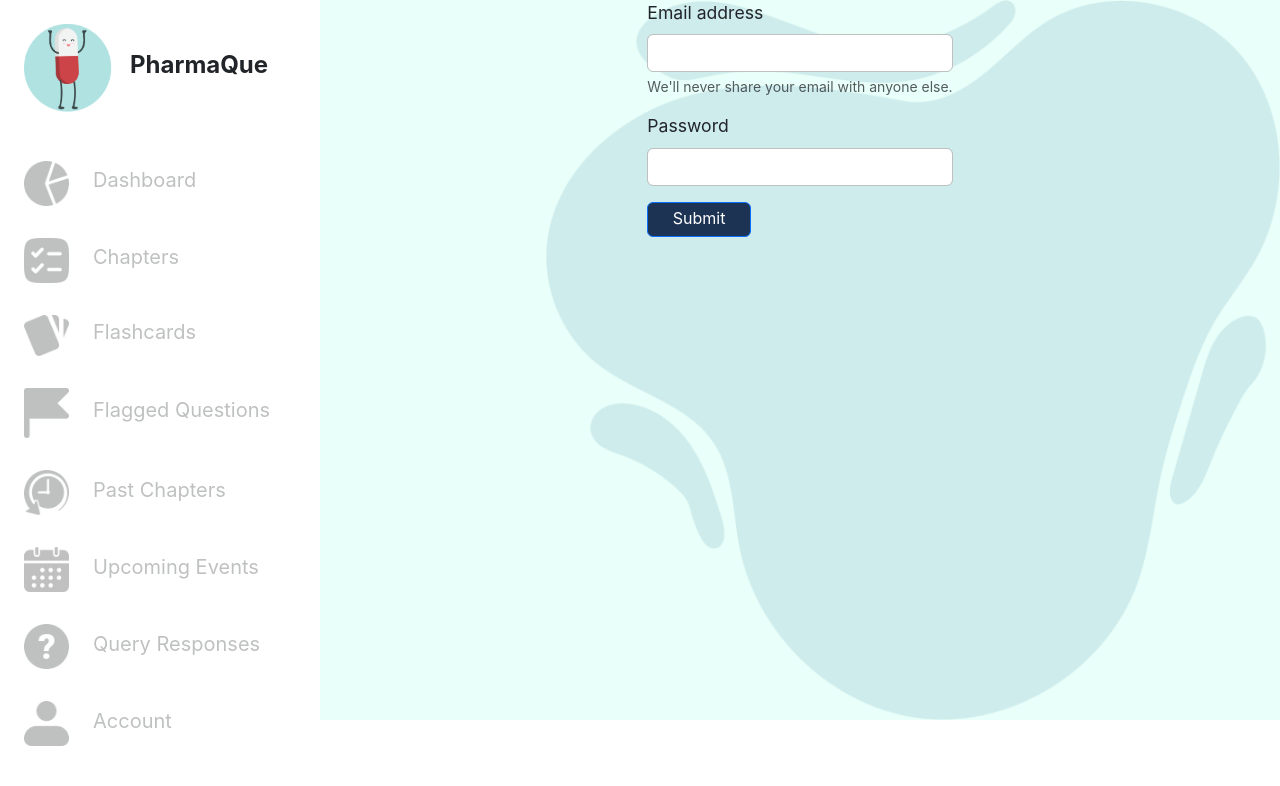
Repository: Kronium345/new_pharmaque_web_app
Page: /chat-room
An editor plug-in stored every save of this project. The page is shown before and after the next save, followed by the edit.
The browser window is 1280 px wide. The pictures show the whole page.
The page's requests for data from a server got no answer. The project was rebuilt for these pictures with package versions that can differ from the ones it lists, and the page was loaded fresh each time. No one was signed in, and anything a server would have sent is missing. Also part of the build but not shown: src/pages/Login.js, src/pages/MyAccount.js, src/pages/UpcomingEvents.js, src/pages/UpcomingEvents2.js, src/pages/Chapters.js, src/pages/Dashboard.js, src/pages/FlaggedQuestions.js, src/pages/FlashcardQuestion.js and 33 more.

Above is the page before, as saved 2024-03-10 21:40:07.

### public/index.html
<!DOCTYPE html>
<html lang="en">
  <head>
    <meta charset="utf-8" />
    <link rel="icon" type="image/x-icon" href="images/favicon.ico">
    <link href="https://cdn.jsdelivr.net/npm/bootstrap@5.3.2/dist/css/bootstrap.min.css" rel="stylesheet" integrity="sha384-T3c6CoIi6uLrA9TneNEoa7RxnatzjcDSCmG1MXxSR1GAsXEV/Dwwykc2MPK8M2HN" crossorigin="anonymous">
    <link href="style.css" rel="stylesheet">
    <meta name="viewport" content="width=device-width, initial-scale=1" />
    <meta name="theme-color" content="#000000" />
    <meta
      name="description"
      content="Web site created using create-react-app"
    />
    <link rel="apple-touch-icon" href="%PUBLIC_URL%/logo192.png" />
    <!--
      manifest.json provides metadata used when your web app is installed on a
      user's mobile device or desktop. See https://developers.google.com/web/fundamentals/web-app-manifest/
    -->
    <link rel="manifest" href="%PUBLIC_URL%/manifest.json" />
    <!--
      Notice the use of %PUBLIC_URL% in the tags above.
      It will be replaced with the URL of the `public` folder during the build.
      Only files inside the `public` folder can be referenced from the HTML.

      Unlike "/favicon.ico" or "favicon.ico", "%PUBLIC_URL%/favicon.ico" will
      work correctly both with client-side routing and a non-root public URL.
      Learn how to configure a non-root public URL by running `npm run build`.
    -->
    <title>PharmaQue Web App</title>
  </head>
  <body>
    <noscript>You need to enable JavaScript to run this app.</noscript>
    <div id="root"></div>
    <!--
      This HTML file is a template.
      If you open it directly in the browser, you will see an empty page.

      You can add webfonts, meta tags, or analytics to this file.
      The build step will place the bundled scripts into the <body> tag.

      To begin the development, run `npm start` or `yarn start`.
      To create a production bundle, use `npm run build` or `yarn build`.
    -->

    <script src = "script.js"></script>
  </body>
</html>

### src/App.js
import Login from "./pages/Login";
import MyAccount from "./pages/MyAccount";
import UpcomingEvents from "./pages/UpcomingEvents";
import UpcomingEvents2 from "./pages/UpcomingEvents2";
import Chapters from "./pages/Chapters";
import Dashboard from "./pages/Dashboard";
import FlaggedQuestions from "./pages/FlaggedQuestions";
import FlashcardQuestion from "./pages/FlashcardQuestion";
import Flashcards from "./pages/Flashcards";
import ForgotPassword from "./pages/ForgotPassword";
import ForgotPassword2 from "./pages/ForgotPassword2";
import ForgotPassword3 from "./pages/ForgotPassword3";
import ForgotPassword4 from "./pages/ForgotPassword4";
import ResetPassword from "./pages/ResetPassword";
import PastChapters from "./pages/PastChapters";
import QueryResponses from "./pages/QueryResponses";
import CardioQuestion from "./pages/CardioQuestion";
import Results from "./pages/Results";
import SignUp from "./pages/SignUp";
import SignUp2 from "./pages/SignUp2";
import SignUp3 from "./pages/SignUp3";
import SignUp4 from "./pages/SignUp4";
import SignUp5 from "./pages/SignUp5";
// import QuizView from './pages/QuizView/QuizView';
// import ScoreView from './pages/ScoreView/ScoreView';
// import PastChapters from "./pages/PastChapters";

import { BrowserRouter as Router, Route, Routes } from "react-router-dom";
import "./App.css";
import CNSQuestion from "./pages/CNSQuestion";
import InfectionQuestion from "./pages/InfectionQuestion";
import RespiratoryQuestion from "./pages/RespiratoryQuestion";
import EndocrineQuestion from "./pages/EndocrineQuestion";
import AnaesthesiaQuestion from "./pages/AnaesthesiaQuestion";
import SkinQuestion from "./pages/SkinQuestion";
import NBQuestion from "./pages/NBQuestion";
import OphthalmologyQuestion from "./pages/OphthalmologyQuestion";
import MDIQuestion from "./pages/MDIQuestion";
import OGUQuestion from "./pages/OGUQuestion";
import MSKQuestion from "./pages/MSKQuestion";
import IPVQuestion from "./pages/IPVQuestion";
import ChatRoom from "./pages/ChatRoom";

function App() {
  return (
    <Router>
      <Routes>
        <Route exact path="/" Component={Login} />
        <Route path="/myaccount" Component={MyAccount} />
        <Route path="/upcomingevents" Component={UpcomingEvents} />
        <Route path="/upcomingevents2" Component={UpcomingEvents2} />
        <Route path="/chapters" Component={Chapters} />
        <Route path="/dashboard" Component={Dashboard} />
        <Route path="/flaggedquestions" Component={FlaggedQuestions} />
        <Route path="/flashcardquestion" Component={FlashcardQuestion} />
        <Route path="/flashcards" Component={Flashcards} />
        <Route path="/forgotpassword" Component={ForgotPassword} />
        <Route path="/forgotpassword2" Component={ForgotPassword2} />
        <Route path="/forgotpassword3" Component={ForgotPassword3} />
        <Route path="/forgotpassword4" Component={ForgotPassword4} />
        <Route path="/resetpassword/:token" Component={ResetPassword} />
        <Route path="/pastchapters" Component={PastChapters} />
        <Route path="/queryresponses" Component={QueryResponses} />
        <Route path="/cardioquestion" Component={CardioQuestion} />
        <Route path="/cnsquestion" Component={CNSQuestion} />
        <Route path="/infectionquestion" Component={InfectionQuestion} />
        <Route path="/respiratoryquestion" Component={RespiratoryQuestion} />
        <Route path="/endocrinequestion" Component={EndocrineQuestion} />
        <Route path="/anaesthesiaquestion" Component={AnaesthesiaQuestion} />
        <Route path="/skinquestion" Component={SkinQuestion} />
        <Route path="/nbquestion" Component={NBQuestion} />
        <Route
          path="/ophthalmologyquestion"
          Component={OphthalmologyQuestion}
        />
        <Route path="/mdiquestion" Component={MDIQuestion} />
        <Route path="/oguquestion" Component={OGUQuestion} />
        <Route path="/mskquestion" Component={MSKQuestion} />
        <Route path="/ipvquestion" Component={IPVQuestion} />
        <Route path="/results" Component={Results} />
        <Route path="/signup" Component={SignUp} />
        <Route path="/signup2" Component={SignUp2} />
        <Route path="/signup3" Component={SignUp3} />
        <Route path="/signup4" Component={SignUp4} />
        <Route path="/signup5" Component={SignUp5} />
        <Route path="/chat-room" Component={ChatRoom} />
      </Routes>
    </Router>
  );
}

export default App;

### src/pages/ChatRoom.js
// import React from "react";
// import "./chatRoom.scss";

// export default function ChatRoom() {
//   return (
//     <div class="chat">
//       <div class="contact bar">
//         <div class="name">Tony Stark</div>
//         <div class="seen">Today at 12:56</div>
//       </div>
//       <div class="messages" id="chat">
//         {/* <div class="time">Today at 11:41</div> */}
//         <div class="message parker">Hey, man! What's up, Mr Stark? 👋</div>
//         <div class="message stark">Kid, where'd you come from?</div>
//         <div class="message parker">Field trip! 🤣</div>
//         <div class="message parker">
//           Uh, what is this guy's problem, Mr. Stark? 🤔
//         </div>
//         <div class="message stark">
//           Uh, he's from space, he came here to steal a necklace from a wizard.
//         </div>
//       </div>
//       <div class="input">
//         <input placeholder="Type your message here!" type="text" />
//         <button className="btn send-button">Send</button>
//       </div>
//     </div>
//   );
// }

import axios from "axios";
import React, { useEffect } from "react";
import { useNavigate, Link } from "react-router-dom";

import "./chatRoom.scss";

const ChatRoom = () => {
  const navigate = useNavigate("");
  const [joined, setJoined] = React.useState(false);

  axios.defaults.withCredentials = true;
  useEffect(() => {
    axios.get("http://localhost:7171/auth/verify").then((res) => {
      if (res.data.status) {
      } else {
        navigate("/myaccount");
      }
    });
  }, []);

  return (
    <main>
      <div class="container-fluid p-0">
        <div class="row g-0">
          <div class="col-sm-3 leftnavigation p-4">
            <Link class="navbar-brand" to="/flaggedquestions">
              <img src="images/Logo.png" alt="PharmaQue Logo" class="logo1" />
              <span class="fs-4 fw-bold mx-3">PharmaQue</span>
            </Link>
            <Link to="/dashboard" class="removeunderline inactivelink">
              <p class="pt-5 pb-3 m-0">
                <img
                  src="images/DashboardGrey.png"
                  class="navigationicon"
                  alt="navigation"
                />
                <span class="fs-5 navigationoption mx-4">Dashboard</span>
              </p>
            </Link>
            <Link to="/chapters" class="removeunderline inactivelink">
              <p class="py-3 m-0">
                <img
                  src="images/ChaptersGrey.png"
                  class="navigationicon"
                  alt="navigation"
                />
                <span class="fs-5 navigationoption mx-4">Chapters</span>
              </p>
            </Link>
            <Link to="/flashcards" class="removeunderline inactivelink">
              <p class="py-3 m-0">
                <img
                  src="images/FlashcardsGrey.png"
                  class="navigationicon"
                  alt="navigation"
                />
                <span class="fs-5 navigationoption mx-4">Flashcards</span>
              </p>
            </Link>
            <Link to="/flaggedquestions" class="removeunderline inactivelink">
              <p class="py-3 m-0">
                <img
                  src="/images/FlaggedQuestionsGrey.png"
                  class="navigationicon"
                  alt="navigation"
                />
                <span class="fs-5 navigationoption mx-4">
                  Flagged Questions
                </span>
              </p>
            </Link>
            <Link to="/pastchapters" class="removeunderline inactivelink">
              <p class="py-3 m-0">
                <img
                  src="images/PastChaptersGrey.png"
                  class="navigationicon"
                  alt="navigation"
                />
                <span class="fs-5 navigationoption mx-4">Past Chapters</span>
              </p>
            </Link>
            <Link to="/upcomingevents" class="removeunderline inactivelink">
              <p class="py-3 m-0">
                <img
                  src="images/UpcomingEventsGrey.png"
                  class="navigationicon"
                  alt="navigation"
                />
                <span class="fs-5 navigationoption mx-4">Upcoming Events</span>
              </p>
            </Link>
            <Link to="/queryresponses" class="removeunderline inactivelink">
              <p class="py-3 m-0">
                <img
                  src="images/QueryResponsesGrey.png"
                  class="navigationicon"
                  alt="navigation"
                />
                <span class="fs-5 navigationoption mx-4">Query Responses</span>
              </p>
            </Link>
            <Link to="/myaccount" class="removeunderline inactivelink">
              <p class="py-3 m-0">
                <img
                  src="images/AccountGrey.png"
                  class="navigationicon"
                  alt="navigation"
                />
                <span class="fs-5 navigationoption mx-4">Account</span>
              </p>
            </Link>
          </div>
          <div className="col-sm-12 col-md-9">
            {joined ? (
              <div class="chat">
                <div class="contact bar">
                  <div class="name">Tony Stark</div>
                  <div class="seen">Today at 12:56</div>
                </div>
                <div class="messages" id="chat">
                  {/* <div class="time">Today at 11:41</div> */}
                  <div class="message parker">
                    Hey, man! What's up, Mr Stark? 👋
                  </div>
                  <div class="message stark">Kid, where'd you come from?</div>
                  <div class="message parker">Field trip! 🤣</div>
                  <div class="message parker">
                    Uh, what is this guy's problem, Mr. Stark? 🤔
                  </div>
                  <div class="message stark">
                    Uh, he's from space, he came here to steal a necklace from a
                    wizard.
                  </div>
                </div>
                <div class="input">
                  <input placeholder="Type your message here!" type="text" />
                  <button className="btn send-button">Send</button>
                </div>
              </div>
            ) : (
              <div className="mainbg d-flex justify-content-center  ">
                <form>
                  <div class="mb-3">
                    <label for="exampleInputEmail1" class="form-label">
                      Email address
                    </label>
                    <input
                      type="email"
                      class="form-control"
                      id="exampleInputEmail1"
                      aria-describedby="emailHelp"
                    />
                    <div id="emailHelp" class="form-text">
                      We'll never share your email with anyone else.
                    </div>
                  </div>
                  <div class="mb-3">
                    <label for="exampleInputPassword1" class="form-label">
                      Password
                    </label>
                    <input
                      type="password"
                      class="form-control"
                      id="exampleInputPassword1"
                    />
                  </div>

                  <button type="submit" class="btn btn-primary">
                    Submit
                  </button>
                </form>
              </div>
            )}
          </div>
        </div>
      </div>

      <script src="script.js"></script>
    </main>
  );
};

export default ChatRoom;

### src/quiz-styles/reset.css
.mainbg {
    background-image: url("./Blob.png");
    background-repeat: no-repeat;
    background-position: right;
    background-size: contain;
    background-color: #E9FFF9;
    min-height: 100vh;
}

.logo {

    max-width: 100px;
}

.smallicon {
    max-width: 25px;
    max-height: auto;
}

.smallericon {
    max-width: 20px;
    max-height: auto;
}

.tinyicon {
    max-width: 10px;
    max-height: auto;
}

.leftside {
    background-color: white;
    border-top-left-radius: 2%;
    border-bottom-left-radius: 2%;
}

.rightside {
    background-color: #9ED8D8;
    border-top-right-radius: 2%;
    border-bottom-right-radius: 2%;
}

.leftalign {
    text-align: left;
}

.form-label {
    font-size: 1.1rem;
}


.floatright {
    float: right;
}

.link {
    text-decoration: none;
    color: #212529;
}

.link:hover {
    font-weight: bold;
    text-decoration: underline;
}

.btn-primary {
    background-color: #1D3354;
    padding-top: 1%;
    padding-bottom: 2%;
    padding-left: 8%;
    padding-right: 8%;
}

.back {
    padding-left: 0%;
}

.btn-primary:hover {
    background-color: #212529;

}

### public/style.css
body {
  font: Helvetica;
}

.center {
  text-align: center;
}


.logo {

  max-width: 100px;
}

.logo1 {
  max-width: 90px;
}

.icon {
  max-width: 80px;
}

.midsizeicon {
  max-width: 70px;
}

.littlemidsizeicon {
  max-width: 60px;
}

.mediumicon {
  max-width: 40px;
}

.moderateicon {
  max-width: 30px;
}

.inline {
  display: inline !important;
}

.mainbg {
  background-image: url(images/Blob.png);
  background-repeat: no-repeat;
  background-position: right;
  background-size: contain;
  background-color: #E9FFF9;
}

.smallicon {
  max-width: 25px;
  max-height: auto;
}

.smallericon {
  max-width: 20px;
  max-height: auto;
}

.tinyicon {
  max-width: 10px;
  max-height: auto;
}

.leftside {
  background-color: white;
  border-top-left-radius: 2%;
  border-bottom-left-radius: 2%;
}

.rightside {
  background-color: #9ED8D8;
  border-top-right-radius: 2%;
  border-bottom-right-radius: 2%;
}

.leftalign {
  text-align: left;
}

.form-label {
  font-size: 1.1rem;
}


.floatright {
  float: right;
}

.link {
  text-decoration: none;
  color: #212529;
}

.link:hover {
  font-weight: bold;
  text-decoration: underline;
}

.btn-primary {
  background-color: #1D3354;
  padding-top: 1%;
  padding-bottom: 2%;
  padding-left: 8%;
  padding-right: 8%;
}

.back {
  padding-left: 0%;
}

.btn-primary:hover {
  background-color: #212529;

}

@media only screen and (max-width: 576px) {

  .leftside {
    background-color: white;
    border-top-left-radius: 2%;
    border-top-right-radius: 2%;

    border-bottom-left-radius: 0%;
    border-bottom-right-radius: 0%;

  }

  .rightside {
    background-color: #9ED8D8;
    border-bottom-left-radius: 2%;
    border-bottom-right-radius: 2%;

    border-top-left-radius: 0%;
    border-top-right-radius: 0%;
  }

  .back {
    padding-left: 0%;
    float: left !important;
    margin-top: 0% !important;
  }

}

.leftnavigation {
  background-color: #FFFFFF;
  min-height: 100vh;
}

.maincontent {
  background-color: #A9E2E2;
  min-height: 100vh;
}

.navigationicon {
  max-width: 45px;
  display: inline;
}

.navigationoption {
  display: inline;

}

.removeunderline {
  text-decoration: none;
}

.removeunderline:hover {
  text-decoration: underline;
}

.activelink {
  color: #1D3354;
}

.activelink:hover {
  color: #1D3354;
  font-weight: bold;
}

.inactivelink {
  color: #BFC0C0;
}

.inactivelink:hover {
  color: #BFC0C0;
  font-weight: bold;
}

.navybluetext {
  color: #1D3354;
}

.greytext {
  color: #475467;
}

.card {
  border: 0px;
}

.circular-progress {

  --size: 240px;
  --half-size: calc(var(--size) / 2);
  --stroke-width: 30px;
  --radius: calc((var(--size) - var(--stroke-width)) / 2);
  --circumference: calc(var(--radius) * pi * 2);
  --dash: calc((var(--progress) * var(--circumference)) / 100);
  animation: progress-animation 1s linear 0s 1 forwards;
}

.circular-progress circle {
  cx: var(--half-size);
  cy: var(--half-size);
  r: var(--radius);
  stroke-width: var(--stroke-width);
  fill: none;
  stroke-linecap: round;
}

.circular-progress circle.bg {
  stroke: #ddd;
}

.circular-progress circle.fg {
  transform: rotate(-90deg);
  transform-origin: var(--half-size) var(--half-size);
  stroke-dasharray: var(--dash) calc(var(--circumference) - var(--dash));
  transition: stroke-dasharray 0.3s linear 0s;
  stroke: #1D3354;
}

@property --progress {
  syntax: "<number>";
  inherits: false;
  initial-value: 0;
}

@keyframes progress-animation {
  from {
    --progress: 0;
  }

  to {
    --progress: 25;
  }
}

.borderbottom {
  border-bottom: 1px solid #BFC0C0;
}

.bordertop {
  border-top: 1px solid #BFC0C0;
}

.halveopacity {
  opacity: 50%;
}

.navybluebg {
  background-color: #1D3354;
}

.whitetext {
  color: #FFFFFF;
}

.borderradius {
  border-radius: 10px;
}

.form-control {
  border-right: solid 1px #1D3354;
  border-top: solid 1px #1D3354;
  border-bottom: solid 1px #1D3354;
  border-left: 0px;
}

.input-group-text {
  background-color: #FFFFFF;
  border-left: solid 1px #1D3354;
  border-top: solid 1px #1D3354;
  border-bottom: solid 1px #1D3354;
  border-right: 0px;
}

.mediumbluebg {
  background-color: #4A5C76;
}

.whitebg {
  background-color: #FFFFFF;
}

.pseudobutton {
  border-radius: 6px;
  max-width: 158px;
}

.redtext {
  color: #E0243C;
}

.mediumbluetext {
  color: #467599;
}

.btn-secondary {
  width: 50%;
  border: 1px solid #BFC0C0;
  border-radius: 10px;
  background-color: #FFFFFF;
  text-align: left;
  color: #1D3354;
}

.btn-secondary:hover {
  width: 50%;
  border: 1px solid #999A9A;
  border-radius: 10px;
  background-color: #DDDDDD;
  text-align: left;
  color: #1D3354;
}

.btn-deactivated {
  background-color: #BFC0C0;
  color: #FFFFFF;
}


.btn-deactivated:hover {
  background-color: #999A9A;
  color: #FFFFFF;
}

.fitcontent {
  width: fit-content;
}

.form-control {
  border: solid 1px #BFC0C0;
}

.aligntop {
  vertical-align: top;
}

.buttonstyle {
  background-color: transparent;
  border: none;
  padding: 0px;
  margin: 0px;
}

.navybluebg {
  background-color: #1D3354;
}

.frontcardbg {
  background-color: #D9D9D9;
  border-radius: 10px;

}

.flipbutton {
  background-color: transparent;
  border: none;
}

.backcardbg {
  background-color: #1D3354;
  border-radius: 10px;
  transform: rotateY(180deg);
  position: absolute;
  width: 100%;
}

.maincard {
  transform-style: preserve-3d;
  transform-origin: center right;
  transition: all 0.5s;
}

.bothcards {
  backface-visibility: hidden;
}

.flipped {
  transform: translateX(-100%) rotateY(-180deg);
}

.hide {
  display: none;
}

.rotate {
  transform: rotate(180deg);
}

.lightgrey {
  background-color: #D2D6DD;
  border-radius: 8px;

}

.addeventbutton {
  background-color: transparent;
  border: none;
}

.floatleft {
  float: left;
}

.btn-tertiary {
  background-color: #4A5C76;
  color: #FFFFFF;
  border-radius: 10px;
  width: 25%;
  border: 0px;
}

.btn-tertiary:hover {
  background-color: #313d4e;
  color: #FFFFFF;
}

.mediumnavytext {
  color: #4A5C76;
}

.btn-outline-secondary {
  background-color: #4A5C76;
  color: #FFFFFF;
  border-radius: 0px 10px 10px 0px;
}

.btn-outline-secondary:hover {
  background-color: #313d4e;
  color: #FFFFFF;
}

.form-select {
  border: 1px solid #BFC0C0;
}

.progress {
  background-color: #FFFFFF;
}

.progress-bar {
  background-color: #1D3354;
}

.form-check {
  background-color: #FFFFFF;
  border: solid 1.5px #BFC0C0;
  border-radius: 10px;
}


.form-check-input {
  float: right !important;
  border: 1.5px solid #1D3354;

}

.form-check-input:checked {
  background-color: #1D3354;
  border-color: #1D3354;
}


input[type="radio"]:checked+label {
  border: 4px solid #1D3354;
  border-radius: 50%;
}

.pointercursor {
  cursor: pointer;
}

.verticalcenter {
  display: flex;
  align-items: center;
}

.halfopacity {
  opacity: 50%;
}

.fullborder {
  border: 1px solid #BFC0C0;
  border-radius: 10px;
}

.checkboxsize {
  width: 16px;
  height: 16px;
  accent-color: #1D3354;
}

.flip-card {
  background-color: transparent;
  width: 100%;
  height: 100%;
  border-radius: 10px;
  z-index: 10000;
}

.flip-card-inner {
  position: relative;
  width: 100%;
  min-height: 200px;
  text-align: center;
  transition: transform 0.6s;
  transform-style: preserve-3d;
}

.flip-card-front,
.flip-card-back {
  position: absolute;
  width: 100%;
  -webkit-backface-visibility: hidden;
  backface-visibility: hidden;
}

.flip-card-front {
  background-color: #bbb;
  border-radius: 10px;
  color: black;
}

.flip-card-back {
  background-color: #2980b9;
  color: white;
  transform: rotateY(180deg);
}

### public/script.js
const tile = document.querySelector(".maincard");

tile.addEventListener("click", function () {
  tile.classList.toggle("flipped");
});

function toggleQuestion() {
  var element = document.querySelector(".questionholder");
  element.classList.toggle("hide");

  var x = document.querySelector(".questionshowingtext");
  if (x.innerHTML === "Show Question") {
    x.innerHTML = "Hide Question";
  } else {
    x.innerHTML = "Show Question";
  }

  var y = document.querySelector(".showquestionicon");
  y.classList.toggle("rotate");
}

Loaded but not shown: src/index.js (common file); src/index.css (common file); src/reportWebVitals.js (common file)

After the next save:
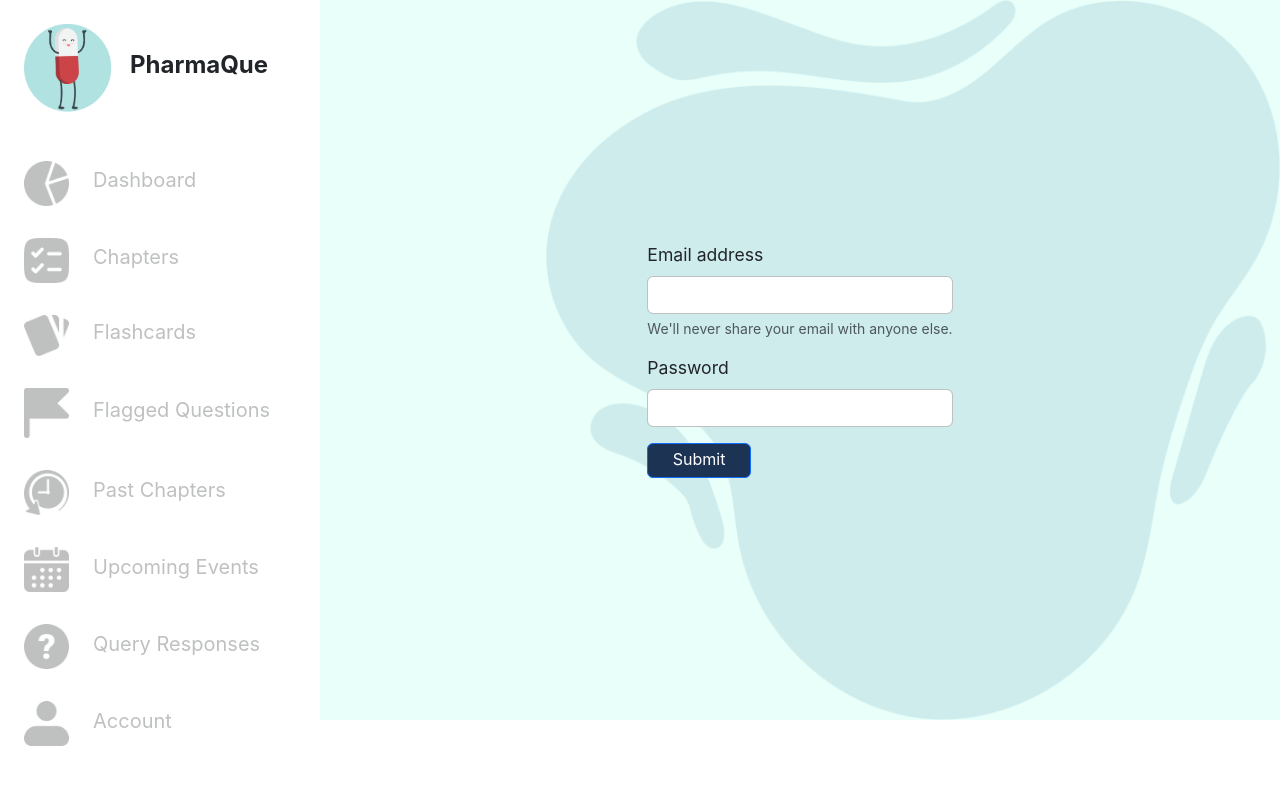
Saved 9 s later.
--- a/src/pages/ChatRoom.js
+++ b/src/pages/ChatRoom.js
@@ -168,7 +168,7 @@ const ChatRoom = () => {
                 </div>
               </div>
             ) : (
-              <div className="mainbg d-flex justify-content-center  ">
+              <div className="mainbg d-flex justify-content-center align-items-center  ">
                 <form>
                   <div class="mb-3">
                     <label for="exampleInputEmail1" class="form-label">
